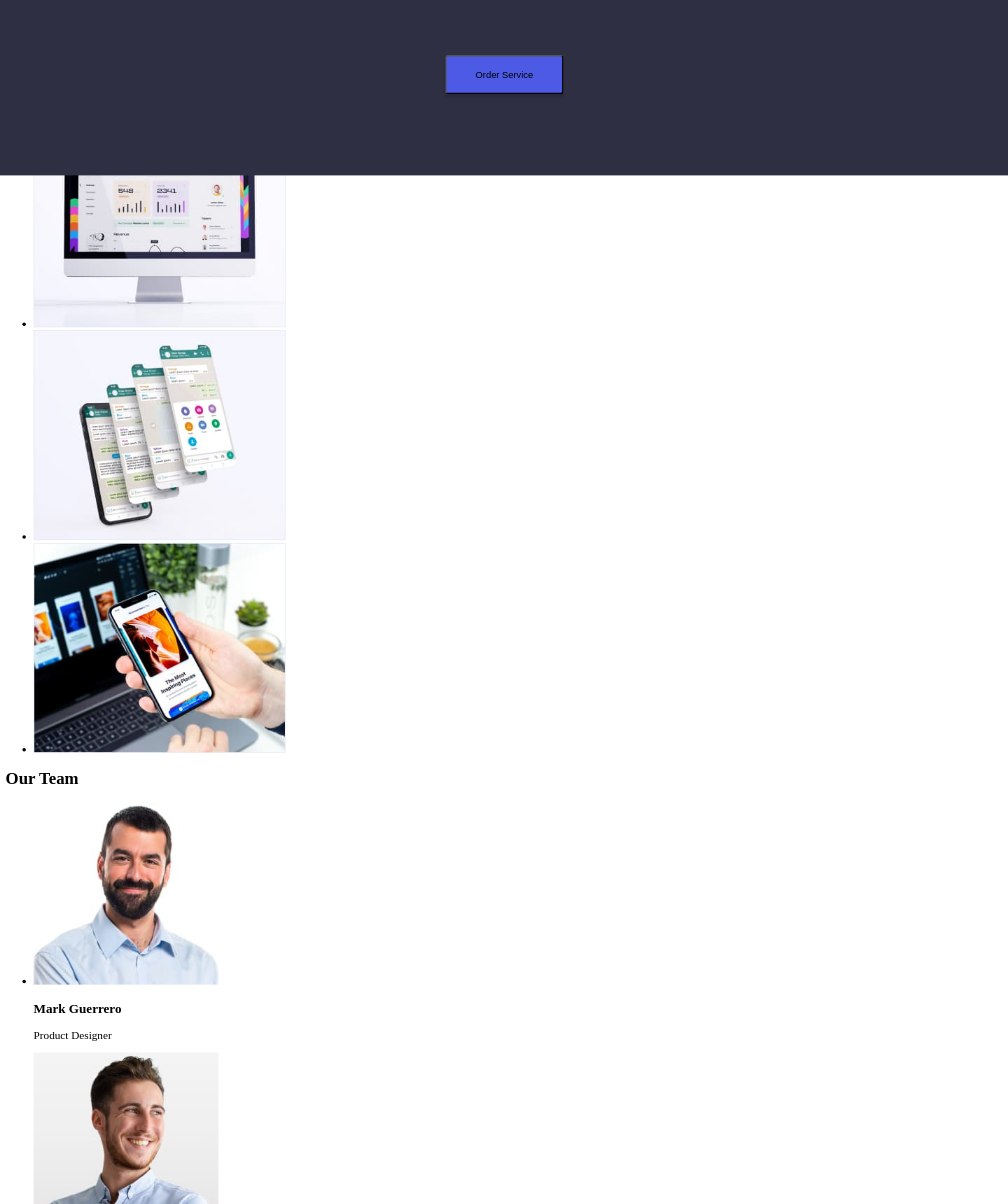
Repository: GrishchenkoNataliya/goit-markup-hw-02
Page: index.html
An editor plug-in stored every save of this project. The page is shown before and after the next save, followed by the edit.
The browser window is 1280 px wide. The page is 1440 px wide, so the pictures cover 1440 px, including what lies to the right of the window. The pictures show the part of the page from y = 422 to 2142 px (the page is 3072 px tall before and 2733 px after), at 70% of full size.

Above is the page before, as saved 2023-03-06 19:32:02.

After the next save:
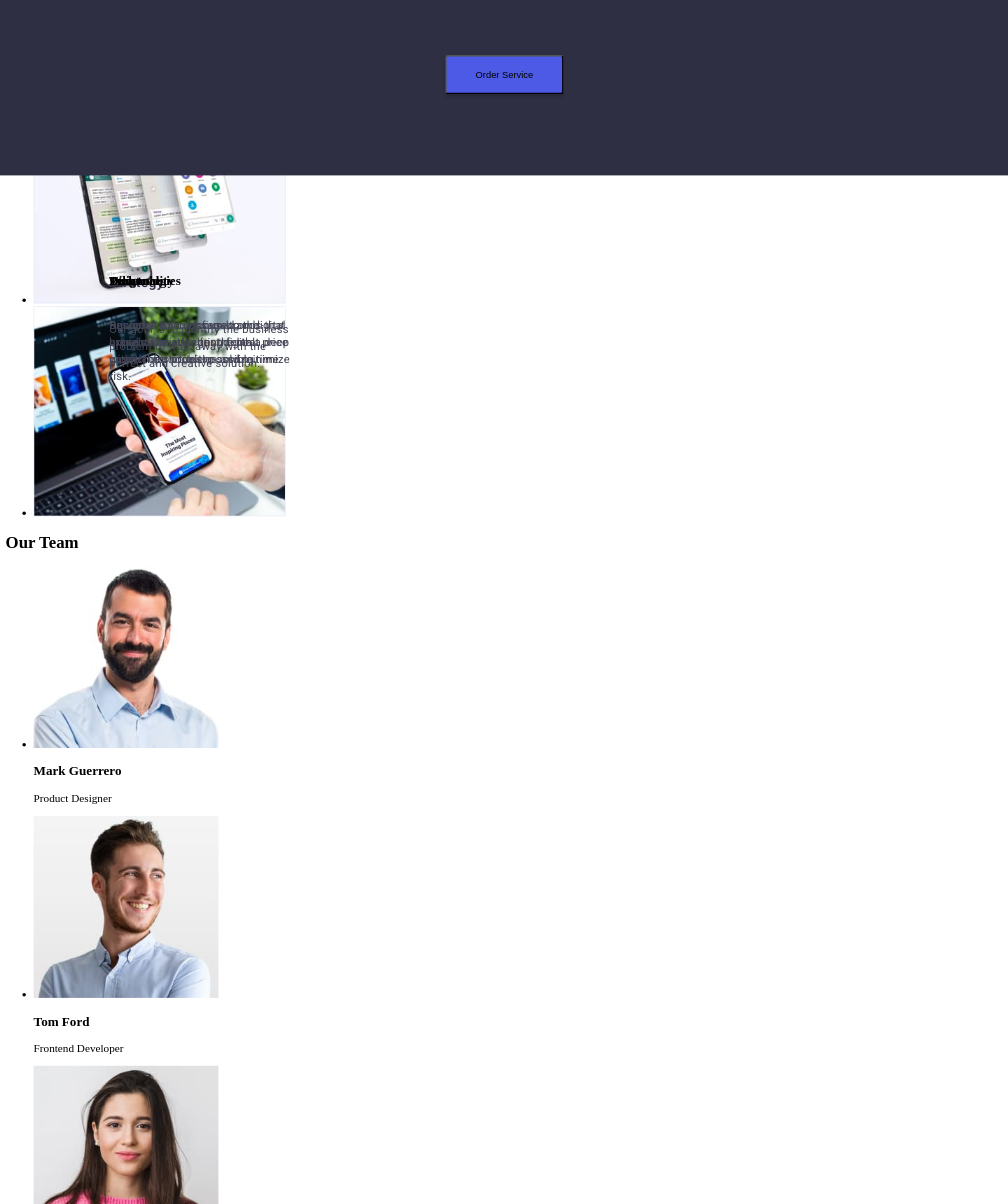
Saved 52 s later.
--- a/css/styles.css
+++ b/css/styles.css
@@ -93,6 +93,17 @@ body {
 .feature1-list {
 }
 .feature1-item {
+  display: flex;
+  flex-direction: column;
+  align-items: flex-start;
+  padding: 0px;
+  gap: 8px;
+
+  position: absolute;
+  width: 264px;
+  height: 104px;
+  left: 156px;
+  top: 792px;
 }
 .feature1-title-strategy {
   font-family: "Roboto";
